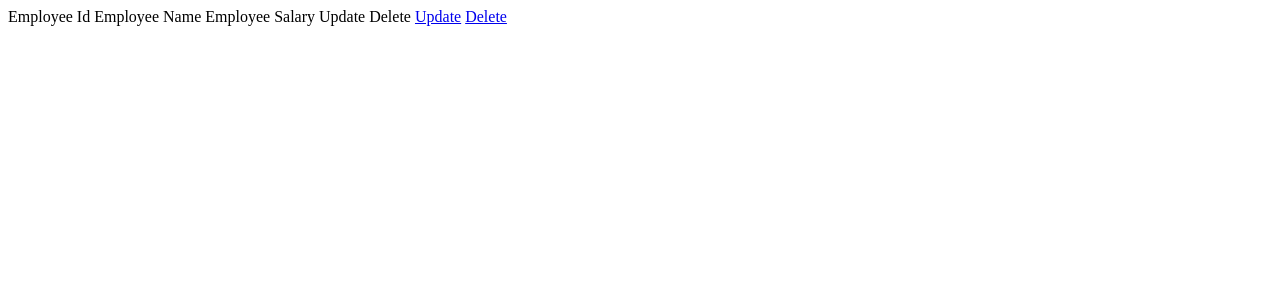
Repository: aamir5773/Spring
Page: http://localhost/SpringMvcEmployeeManagement-1WithJdbc/viewEmployee.do
An editor plug-in stored every save of this project. The page is shown before and after the next save, followed by the edit.
The browser window is 1280 px wide. The pictures show the whole page.
The page is served by Tomcat 9. Other server files are loaded and not shown. Queries for data that is not in the repository find no rows.

Above is the page before, as saved 2019-11-14 10:25:07.

### SpringMvcEmployeeManagement-1WithJdbc/WebContent/WEB-INF/pages/ViewEmployee.jsp
<%@ page language="java" contentType="text/html; charset=ISO-8859-1"
    pageEncoding="ISO-8859-1"%>
<!DOCTYPE html PUBLIC "-//W3C//DTD HTML 4.01 Transitional//EN" "http://www.w3.org/TR/html4/loose.dtd">
<html>
<head>
<meta http-equiv="Content-Type" content="text/html; charset=ISO-8859-1">
<title>View Employee</title>
</head>
<body>
	<%-- <%= request.getAttribute("employeeList") %> --%>
	<tr>
			<th>Employee Id</th>
			<th>Employee Name</th>
			<th>Employee Salary</th>
			<th>Update</th>
			<th>Delete</th>
		</tr>
		<c:forEach var="emp" items="${ requestScope.employeeList }">
			<c:url var="deleteUrl" value="delete.do">
				<c:param name="username" value="${ emp.employeeId}"></c:param>
			</c:url>
			<c:url var="updateUrl" value="UpdateUser.jsp">
				<c:param name="employeeId" value="${emp.employeeId}"></c:param>
				<c:param name="employeeName" value="${emp.employeeName}"></c:param>
				<c:param name="employeeSalary" value="${emp.employeeSalary}"></c:param>
			</c:url>
			<tr>
				<td> <c:out value="${ emp.employeeId}"></c:out> </td>
				<td> <c:out value="${ emp.employeeName }"></c:out> </td>
				<td> <c:out value="${ emp.employeeSalary}"></c:out> </td>
				<td><a href='<c:out value="${ updateUrl }"></c:out>'>Update</a></td>
				<td><a href='<c:out value="${ deleteUrl }"></c:out>'>Delete</a></td>
			</tr>
		</c:forEach>
</body>
</html>

### SpringMvcEmployeeManagement-1WithJdbc/src/com/lti/dao/EmployeeRowMapper.java
package com.lti.dao;

import java.sql.ResultSet;
import java.sql.SQLException;

import org.springframework.jdbc.core.RowMapper;

import com.lti.model.Employee;

public class EmployeeRowMapper implements RowMapper<Employee> {

	public Employee mapRow(ResultSet rs, int arg1) throws SQLException {
		Employee employee = new Employee();
		employee.setEmployeeId(rs.getInt("EMP_ID"));
		employee.setEmployeeName(rs.getString("EMP_NAME"));
		employee.setEmployeeSalary(rs.getDouble("EMP_SAL"));
		return employee;
	}

}

After the next save:
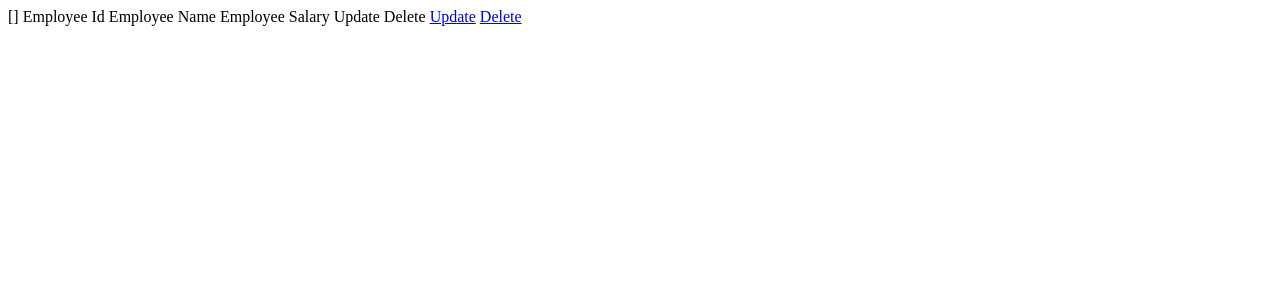
Saved 11 s later.
--- a/SpringMvcEmployeeManagement-1WithJdbc/WebContent/WEB-INF/pages/ViewEmployee.jsp
+++ b/SpringMvcEmployeeManagement-1WithJdbc/WebContent/WEB-INF/pages/ViewEmployee.jsp
@@ -7,7 +7,7 @@
 <title>View Employee</title>
 </head>
 <body>
-	<%-- <%= request.getAttribute("employeeList") %> --%>
+	<%= request.getAttribute("employeeList") %>
 	<tr>
 			<th>Employee Id</th>
 			<th>Employee Name</th>
